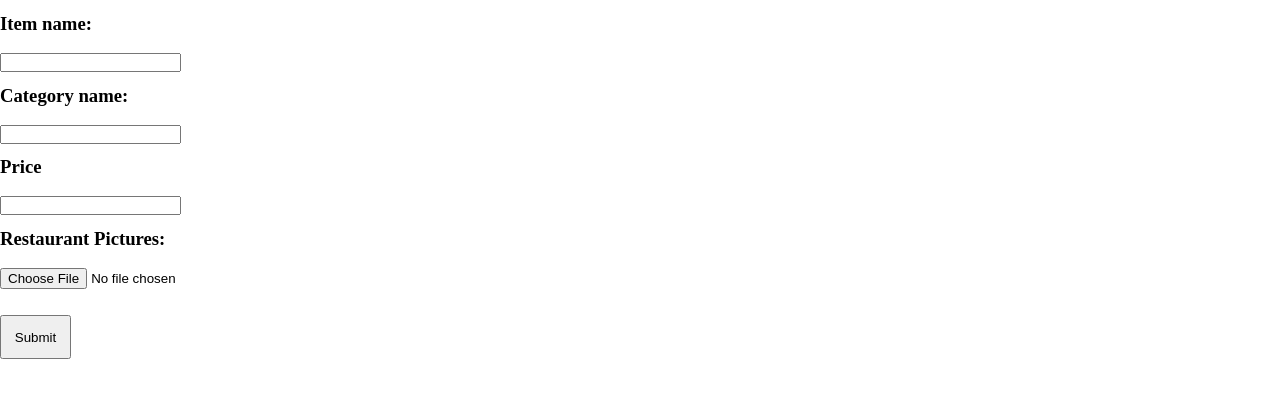
Repository: jatannoury/Ecommerce-Laravel-Electron
Page: Admin-electron/src/HTML/add_item.html
The author's editor kept a copy of each file at every save. The page is drawn from the files as they stood at one save, then again after the next save.
The browser window is 1280 px wide. The pictures show the whole page.

Above is the page before, as saved 2022-06-10 22:51:54.

### Admin-electron/src/HTML/add_item.html
<!DOCTYPE html>
<html lang="en">

    <head>
        <meta charset="UTF-8">
        <link rel="stylesheet" href="../CSS/styles.css">
        <title>Admin-Add_item</title>
    </head>

    <body>
        <form action="/action_page.php">
            <h3 for="item_name" class="one" id="item_name ">Item name:</h3><br>
            <input type="text"  name="fname" ><br>
            <h3 for="Category_name" class="one" id="Category_name">Category name:</h3><br>
            <input type="text"  name="fname" ><br>
            <h3 for="price" class="one" id="price">Price</h3><br>
            <input type="text"  name="fname" ><br>
            <div >
            <h3 for="pictures" class="one">Restaurant Pictures:</h3><br>
            <input id="pictures" type="file" accept="image/*">
            </div>
            <input type="submit" class="submit" value="Submit">

        </form>
    </body>
</html>

### Admin-electron/src/CSS/styles.css
*{
    padding: 0;
    margin: 0;
    box-sizing: border-box;
}
.box-1, .box-2{
    padding:5% 5% 5% 5%;
    margin-left:0% ;
    margin-top: 20%;
    border-radius: 20px;
}

.box-1{
    margin-left: 30%;
}

.box-2{
    margin-left: 5%;
}

 .box-2:hover, .box-1:hover{
    border-color: red;
}

.one{
    margin-top: 1%;
}

.submit{
    margin-top: 2%;

    padding: 1% 1% 1% 1%;
}

form {
    border: 1 px solid black;
    border-radius: 20px;
}

After the next save:
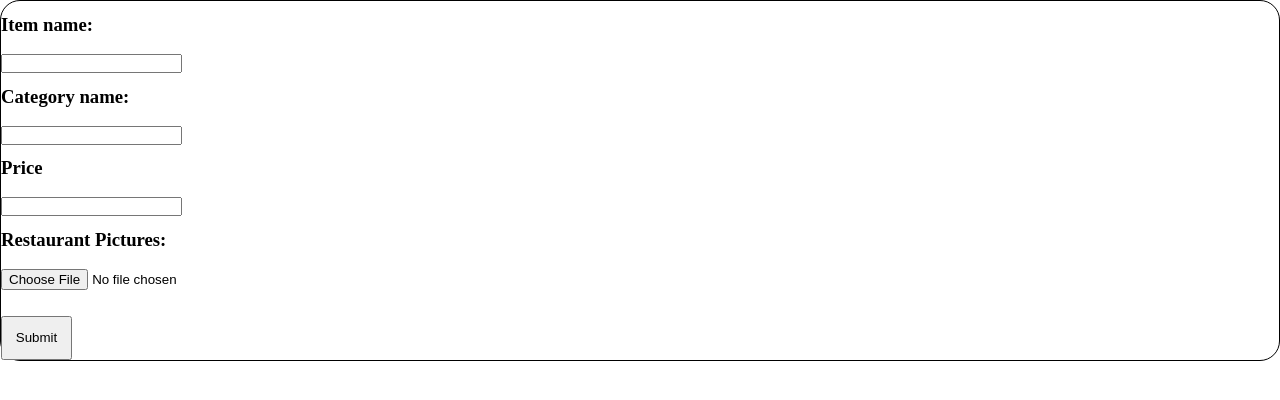
Saved 42 s later.
--- a/Admin-electron/src/CSS/styles.css
+++ b/Admin-electron/src/CSS/styles.css
@@ -33,6 +33,6 @@
 }
 
 form {
-    border: 1 px solid black;
+    border: 1px solid black;
     border-radius: 20px;
 }
